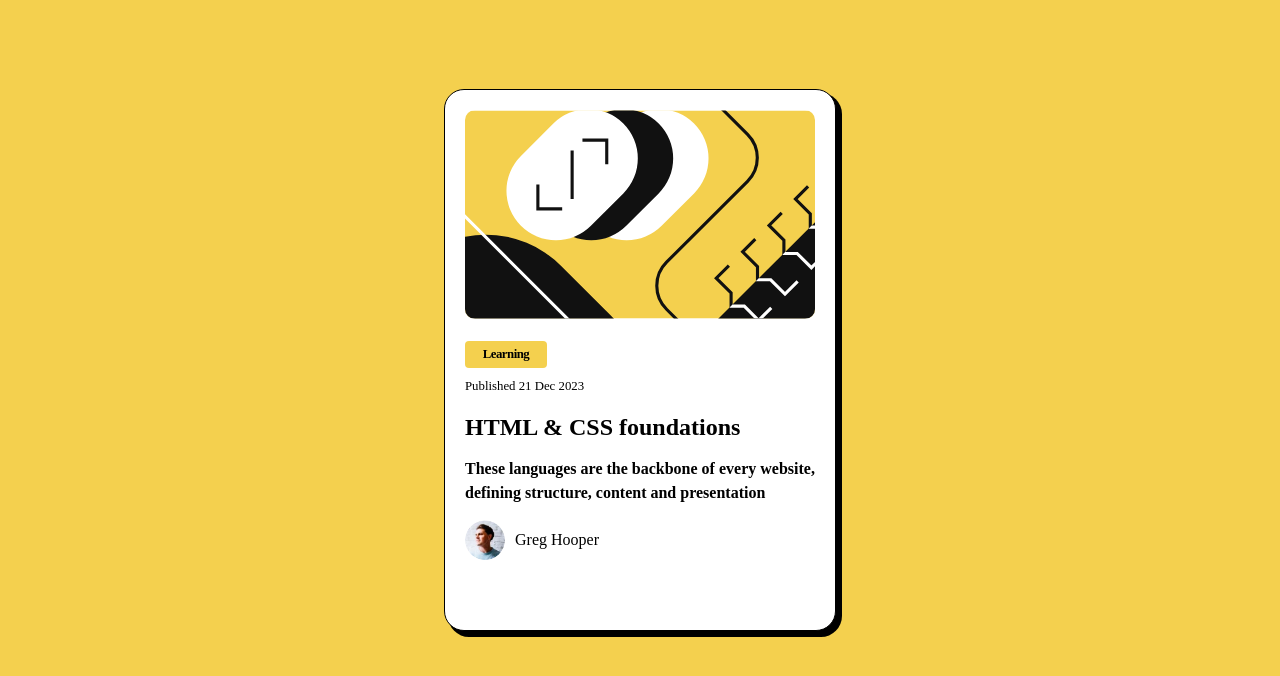
Repository: brandontaylor1/blogpreviewcard
Page: index.html
The author's editor kept a copy of each file at every save. The page is drawn from the files as they stood at one save, then again after the next save.
The browser window is 1280 px wide. The pictures show the whole page.

Above is the page before, as saved 2024-12-25 12:09:23.

After the next save:
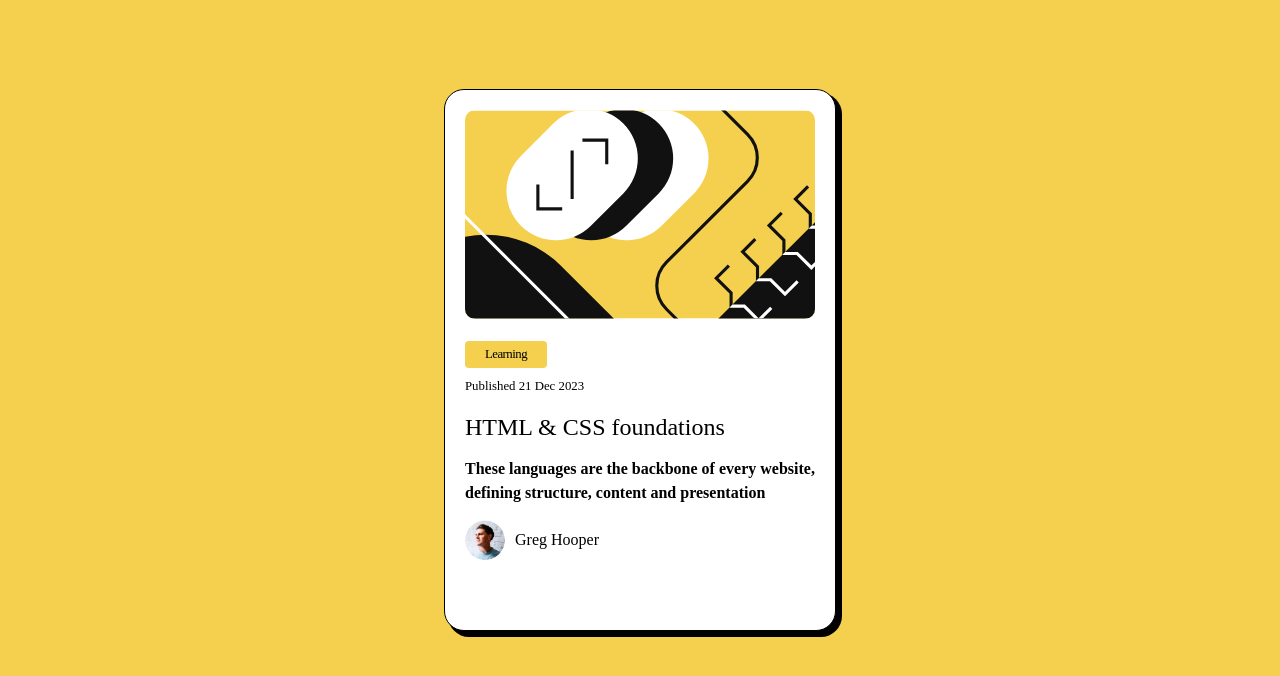
Saved 79 s later.
--- a/index.css
+++ b/index.css
@@ -7,10 +7,10 @@
 
     --main-font-size: 16px;
 
-    --main-font-url: url('../fonts/Figtree-SemiBold.ttf');
+    /* --main-font-url: url('../fonts/Figtree-SemiBold.ttf');
     --main-font-bold-url: url('./fonts/Figtree-ExtraBold.ttf');
     --main-font-weight-reg: 500;
-    --main-font-weight-bold: 800;
+    --main-font-weight-bold: 800; */
 }
 
 /* @font-face {
